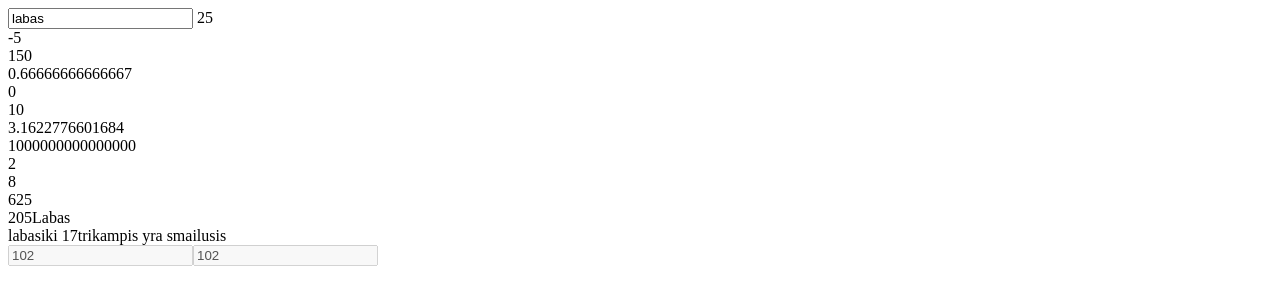
Repository: motiejus1/02-paskaita-PHP-05.31
Page: http://localhost/
The author's editor kept a copy of each file at every save. The page is drawn from the files as they stood at one save, then again after a run of saves.
The browser window is 1280 px wide. The pictures show the whole page.
The page is run by PHP 8.4 with error messages shown; the project is at /var/www/html/.

Above is the page before, as saved 2021-07-23 19:10:02.

After the next 3 saves:
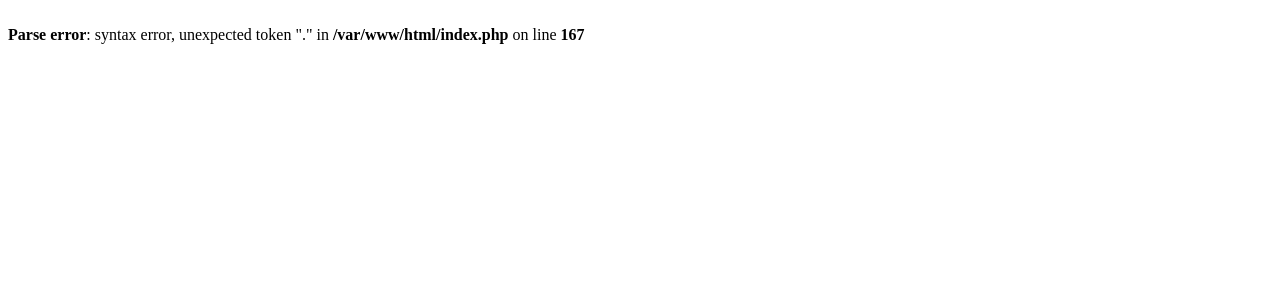
The 3 saves are shown as one change because they came seconds apart.
The last was saved 7 s later.
--- a/index.php
+++ b/index.php
@@ -164,7 +164,7 @@
     echo "<input class='neaktyvus' disabled='true' value='$maksimalus' />";
 
     // 2 budas
-    echo "<input class='neaktyvus' disabled='true' value='$maksimalus' />";
+    echo "<input class='neaktyvus' disabled='true' value='".."' />";
 
     // echo $maksimalus;
 

After the save that followed:
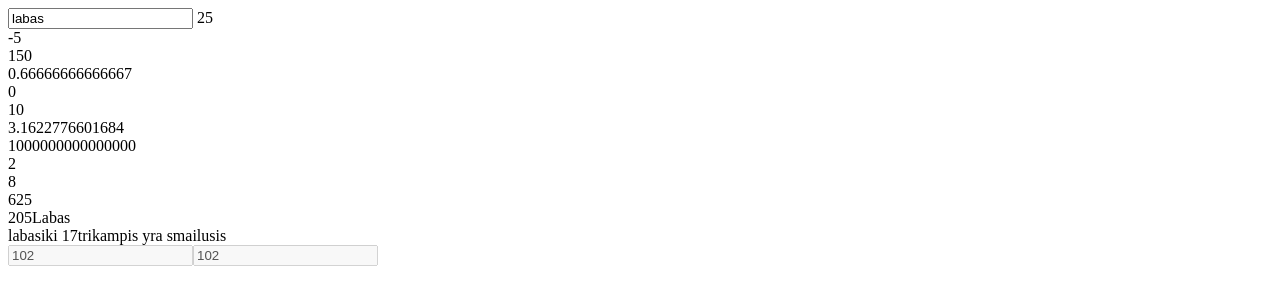
Saved 4 s later.
--- a/index.php
+++ b/index.php
@@ -164,7 +164,7 @@
     echo "<input class='neaktyvus' disabled='true' value='$maksimalus' />";
 
     // 2 budas
-    echo "<input class='neaktyvus' disabled='true' value='".."' />";
+    echo "<input class='neaktyvus' disabled='true' value='".$maksimalus."' />";
 
     // echo $maksimalus;
 
